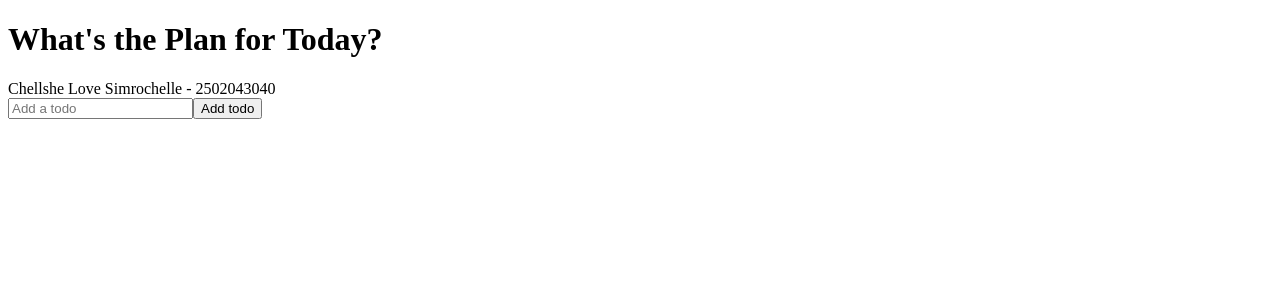
Repository: chellshelove/WADS_Assignment_TodoApp
Page: /
These files come from the project's save history. The page is drawn as it stood at one moment and after the next save; the edit follows.
The browser window is 1280 px wide. The pictures show the whole page.
The project was rebuilt for these pictures with package versions that can differ from the ones it lists, and the page was loaded fresh each time. Also part of the build but not shown: src/App.css.

Above is the page before, as saved 2023-03-09 11:05:55.

### src/App.js
import React from 'react';
import './App.css';
import TodoList from './components/TodoList';

function App() {
  return (
    <div className="todo-app">
     <TodoList/>
    </div>
  );
}

export default App;

### src/components/TodoList.js
import React, {useState} from 'react'
import TodoForm from './TodoForm'

function TodoList() {
    const [todos, setTodos] = useState([])

    const addTodo = todo => {
        if(!todo.test || /^\s*$/.test(todo.text)){
            return
        }

        const newTodos = [todo, ...todos]

        setTodos(newTodos);
    }

  return (
    <div>
        <h1>What's the Plan for Today?</h1>
        <p1>Chellshe Love Simrochelle - 2502043040</p1>
        <TodoForm onSubmit={addTodo}/>
    </div>
  )
}

export default TodoList

### src/components/TodoForm.js
import React, {useState} from 'react'

function TodoForm(props) {
    const [input, setInput] = useState('')

    const handleChange = e => {
        setInput(e.target.value)
    }

    const handleSubmit = e => {
        e.preventDefault();

        props.onSubmit({
            id: Math.floor(Math.random() * 10000),
            text: input
        })

        setInput("");
    };

  return (
    <form className="todo-form" onSubmit={handleSubmit}>
        <input
        type="text"
        placeholder="Add a todo"
        value={input}
        name="text"
        className="todo-input"
        onChange={handleChange}
        />
        <button className="todo-button">Add todo</button>
    </form>
  )
}

export default TodoForm

Loaded but not shown: public/index.html (common file); src/index.js (common file)

After the next save:
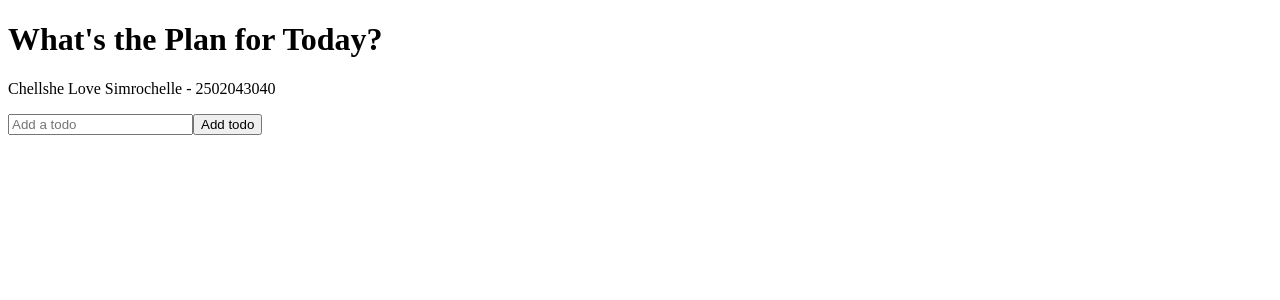
Saved 17 s later.
--- a/src/components/TodoList.js
+++ b/src/components/TodoList.js
@@ -17,7 +17,7 @@ function TodoList() {
   return (
     <div>
         <h1>What's the Plan for Today?</h1>
-        <p1>Chellshe Love Simrochelle - 2502043040</p1>
+        <p>Chellshe Love Simrochelle - 2502043040</p>
         <TodoForm onSubmit={addTodo}/>
     </div>
   )
